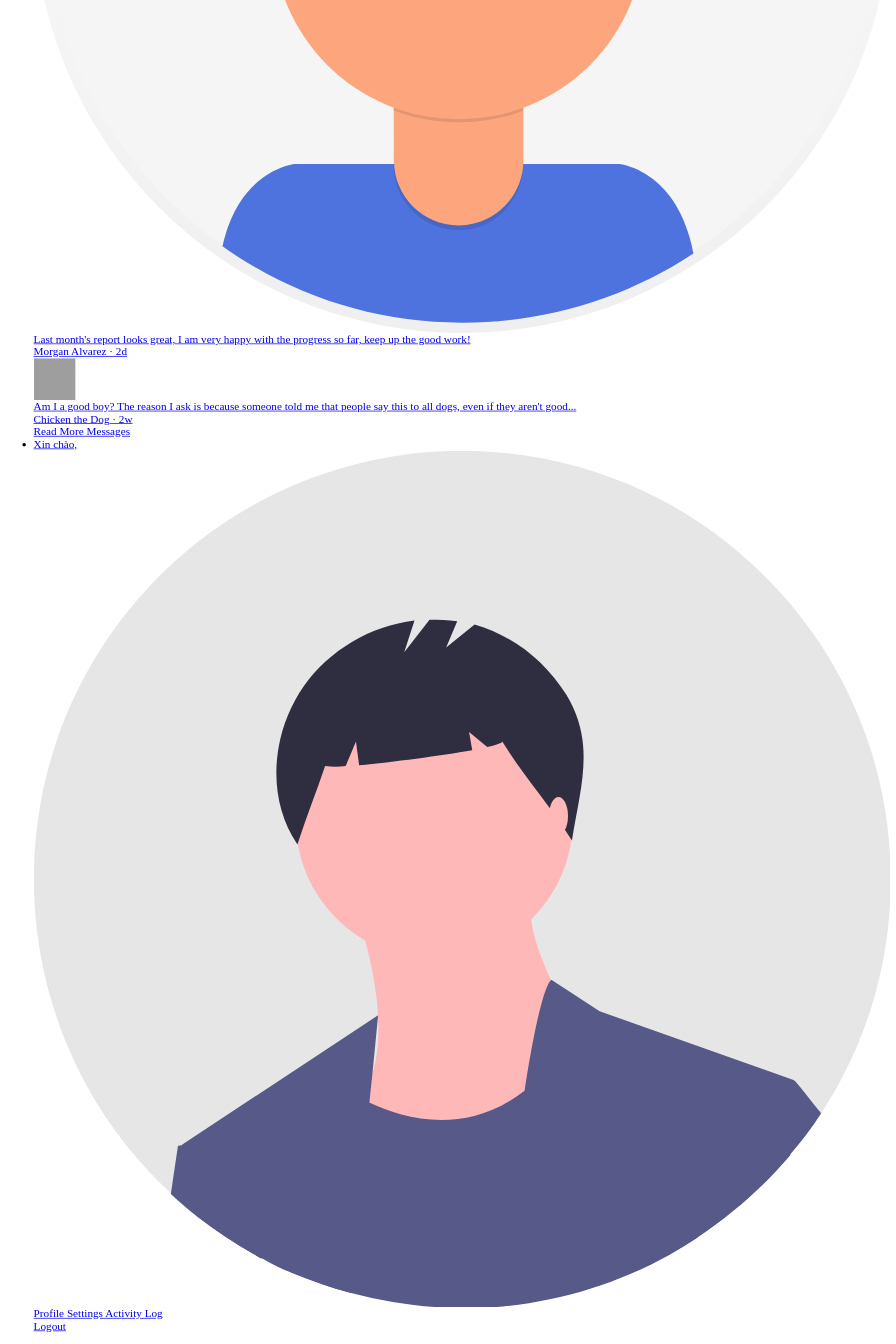
Repository: nhattieu/jsp-servlet-news-1
Page: http://localhost/training-jsp-servlet/common/admin/topbar.jsp
An editor plug-in stored every save of this project. The page is shown before and after the next save, followed by the edit.
The browser window is 1280 px wide. The pictures show the part of the page from y = 3654 to 5574 px (the page is 5574 px tall), at 70% of full size.
Pictures or frames that could not be fetched are drawn as grey boxes. The page is served by Tomcat 9. Nobody is signed in. The application's start-up code is not run. Other server files are loaded and not shown.

Above is the page before, as saved 2020-12-06 08:44:27.

### training-jsp-servlet/src/main/webapp/common/admin/topbar.jsp

<!-- Topbar -->
<nav
	class="navbar navbar-expand navbar-light bg-white topbar mb-4 static-top shadow">

	<!-- Sidebar Toggle (Topbar) -->
	<button id="sidebarToggleTop"
		class="btn btn-link d-md-none rounded-circle mr-3">
		<i class="fa fa-bars"></i>
	</button>

	<!-- Topbar Search -->
	<form
		class="d-none d-sm-inline-block form-inline mr-auto ml-md-3 my-2 my-md-0 mw-100 navbar-search">
		<div class="input-group">
			<input type="text" class="form-control bg-light border-0 small"
				placeholder="Search for..." aria-label="Search"
				aria-describedby="basic-addon2">
			<div class="input-group-append">
				<button class="btn btn-primary" type="button">
					<i class="fas fa-search fa-sm"></i>
				</button>
			</div>
		</div>
	</form>

	<!-- Topbar Navbar -->
	<ul class="navbar-nav ml-auto">

		<!-- Nav Item - Search Dropdown (Visible Only XS) -->
		<li class="nav-item dropdown no-arrow d-sm-none"><a
			class="nav-link dropdown-toggle" href="#" id="searchDropdown"
			role="button" data-toggle="dropdown" aria-haspopup="true"
			aria-expanded="false"> <i class="fas fa-search fa-fw"></i>
		</a> <!-- Dropdown - Messages -->
			<div
				class="dropdown-menu dropdown-menu-right p-3 shadow animated--grow-in"
				aria-labelledby="searchDropdown">
				<form class="form-inline mr-auto w-100 navbar-search">
					<div class="input-group">
						<input type="text" class="form-control bg-light border-0 small"
							placeholder="Search for..." aria-label="Search"
							aria-describedby="basic-addon2">
						<div class="input-group-append">
							<button class="btn btn-primary" type="button">
								<i class="fas fa-search fa-sm"></i>
							</button>
						</div>
					</div>
				</form>
			</div></li>

		<!-- Nav Item - Alerts -->
		<li class="nav-item dropdown no-arrow mx-1"><a
			class="nav-link dropdown-toggle" href="#" id="alertsDropdown"
			role="button" data-toggle="dropdown" aria-haspopup="true"
			aria-expanded="false"> <i class="fas fa-bell fa-fw"></i> <!-- Counter - Alerts -->
				<span class="badge badge-danger badge-counter">3+</span>
		</a> <!-- Dropdown - Alerts -->
			<div
				class="dropdown-list dropdown-menu dropdown-menu-right shadow animated--grow-in"
				aria-labelledby="alertsDropdown">
				<h6 class="dropdown-header">Alerts Center</h6>
				<a class="dropdown-item d-flex align-items-center" href="#">
					<div class="mr-3">
						<div class="icon-circle bg-primary">
							<i class="fas fa-file-alt text-white"></i>
						</div>
					</div>
					<div>
						<div class="small text-gray-500">December 12, 2019</div>
						<span class="font-weight-bold">A new monthly report is
							ready to download!</span>
					</div>
				</a> <a class="dropdown-item d-flex align-items-center" href="#">
					<div class="mr-3">
						<div class="icon-circle bg-success">
							<i class="fas fa-donate text-white"></i>
						</div>
					</div>
					<div>
						<div class="small text-gray-500">December 7, 2019</div>
						$290.29 has been deposited into your account!
					</div>
				</a> <a class="dropdown-item d-flex align-items-center" href="#">
					<div class="mr-3">
						<div class="icon-circle bg-warning">
							<i class="fas fa-exclamation-triangle text-white"></i>
						</div>
					</div>
					<div>
						<div class="small text-gray-500">December 2, 2019</div>
						Spending Alert: We've noticed unusually high spending for your
						account.
					</div>
				</a> <a class="dropdown-item text-center small text-gray-500" href="#">Show
					All Alerts</a>
			</div></li>

		<!-- Nav Item - Messages -->
		<li class="nav-item dropdown no-arrow mx-1"><a
			class="nav-link dropdown-toggle" href="#" id="messagesDropdown"
			role="button" data-toggle="dropdown" aria-haspopup="true"
			aria-expanded="false"> <i class="fas fa-envelope fa-fw"></i> <!-- Counter - Messages -->
				<span class="badge badge-danger badge-counter">7</span>
		</a> <!-- Dropdown - Messages -->
			<div
				class="dropdown-list dropdown-menu dropdown-menu-right shadow animated--grow-in"
				aria-labelledby="messagesDropdown">
				<h6 class="dropdown-header">Message Center</h6>
				<a class="dropdown-item d-flex align-items-center" href="#">
					<div class="dropdown-list-image mr-3">
						<img class="rounded-circle" src="template/admin/img/undraw_profile_1.svg" alt="">
						<div class="status-indicator bg-success"></div>
					</div>
					<div class="font-weight-bold">
						<div class="text-truncate">Hi there! I am wondering if you
							can help me with a problem I've been having.</div>
						<div class="small text-gray-500">Emily Fowler · 58m</div>
					</div>
				</a> <a class="dropdown-item d-flex align-items-center" href="#">
					<div class="dropdown-list-image mr-3">
						<img class="rounded-circle" src="template/admin/img/undraw_profile_2.svg" alt="">
						<div class="status-indicator"></div>
					</div>
					<div>
						<div class="text-truncate">I have the photos that you
							ordered last month, how would you like them sent to you?</div>
						<div class="small text-gray-500">Jae Chun · 1d</div>
					</div>
				</a> <a class="dropdown-item d-flex align-items-center" href="#">
					<div class="dropdown-list-image mr-3">
						<img class="rounded-circle" src="template/admin/img/undraw_profile_3.svg" alt="">
						<div class="status-indicator bg-warning"></div>
					</div>
					<div>
						<div class="text-truncate">Last month's report looks great,
							I am very happy with the progress so far, keep up the good work!</div>
						<div class="small text-gray-500">Morgan Alvarez · 2d</div>
					</div>
				</a> <a class="dropdown-item d-flex align-items-center" href="#">
					<div class="dropdown-list-image mr-3">
						<img class="rounded-circle"
							src="https://source.unsplash.com/Mv9hjnEUHR4/60x60" alt="">
						<div class="status-indicator bg-success"></div>
					</div>
					<div>
						<div class="text-truncate">Am I a good boy? The reason I ask
							is because someone told me that people say this to all dogs, even
							if they aren't good...</div>
						<div class="small text-gray-500">Chicken the Dog · 2w</div>
					</div>
				</a> <a class="dropdown-item text-center small text-gray-500" href="#">Read
					More Messages</a>
			</div></li>

		<div class="topbar-divider d-none d-sm-block"></div>

		<!-- Nav Item - User Information -->
		<li class="nav-item dropdown no-arrow"><a
			class="nav-link dropdown-toggle" href="#" id="userDropdown"
			role="button" data-toggle="dropdown" aria-haspopup="true"
			aria-expanded="false">
			<span
				class="mr-2 d-none d-lg-inline text-gray-600 small">Xin chào, ${USERMODEL.fullName}</span>
					<img class="img-profile rounded-circle"
				src="template/admin/img/undraw_profile.svg">
		</a> <!-- Dropdown - User Information -->
			<div
				class="dropdown-menu dropdown-menu-right shadow animated--grow-in"
				aria-labelledby="userDropdown">
				<a class="dropdown-item" href="#"> <i
					class="fas fa-user fa-sm fa-fw mr-2 text-gray-400"></i> Profile
				</a> <a class="dropdown-item" href="#"> <i
					class="fas fa-cogs fa-sm fa-fw mr-2 text-gray-400"></i> Settings
				</a> <a class="dropdown-item" href="#"> <i
					class="fas fa-list fa-sm fa-fw mr-2 text-gray-400"></i> Activity
					Log
				</a>
				<div class="dropdown-divider"></div>
				<a class="dropdown-item" href="#" data-toggle="modal"
					data-target="#logoutModal"> <i
					class="fas fa-sign-out-alt fa-sm fa-fw mr-2 text-gray-400"></i>
					Logout
				</a>
			</div></li>

	</ul>

</nav>
<!-- End of Topbar -->

### training-jsp-servlet/src/main/webapp/template/admin/img/undraw_profile_1.svg
<?xml version="1.0" encoding="utf-8"?>
<!-- Generator: Adobe Illustrator 25.0.0, SVG Export Plug-In . SVG Version: 6.00 Build 0)  -->
<svg version="1.1" id="_x38_8ce59e9-c4b8-4d1d-9d7a-ce0190159aa8"
	 xmlns="http://www.w3.org/2000/svg" xmlns:xlink="http://www.w3.org/1999/xlink" x="0px" y="0px" viewBox="0 0 231.8 231.8"
	 style="enable-background:new 0 0 231.8 231.8;" xml:space="preserve">
<style type="text/css">
	.st0{opacity:0.5;}
	.st1{fill:url(#SVGID_1_);}
	.st2{fill:#F5F5F5;}
	.st3{fill:#333333;}
	.st4{fill:#4E73DF;}
	.st5{opacity:0.1;enable-background:new    ;}
	.st6{fill:#BE7C5E;}
</style>
<g class="st0">

		<linearGradient id="SVGID_1_" gradientUnits="userSpaceOnUse" x1="115.89" y1="525.2" x2="115.89" y2="756.98" gradientTransform="matrix(1 0 0 -1 0 756.98)">
		<stop  offset="0" style="stop-color:#808080;stop-opacity:0.25"/>
		<stop  offset="0.54" style="stop-color:#808080;stop-opacity:0.12"/>
		<stop  offset="1" style="stop-color:#808080;stop-opacity:0.1"/>
	</linearGradient>
	<circle class="st1" cx="115.9" cy="115.9" r="115.9"/>
</g>
<circle class="st2" cx="115.9" cy="115.3" r="113.4"/>
<path class="st3" d="M71.6,116.3c0,0-12.9,63.4-19.9,59.8c0,0,67.7,58.5,127.5,0c0,0-10.5-44.6-25.7-59.8H71.6z"/>
<path class="st4" d="M116.2,229c22.2,0,43.9-6.5,62.4-18.7c-4.2-22.8-20.1-24.1-20.1-24.1H70.8c0,0-15,1.2-19.7,22.2
	C70.1,221.9,92.9,229.1,116.2,229z"/>
<circle class="st3" cx="115" cy="112.8" r="50.3"/>
<path class="st5" d="M97.3,158.4h35.1l0,0v28.1c0,9.7-7.8,17.5-17.5,17.5l0,0c-9.7,0-17.5-7.9-17.5-17.5L97.3,158.4L97.3,158.4z"/>
<path class="st6" d="M100.7,157.1h28.4c1.9,0,3.4,1.5,3.4,3.3v0v24.7c0,9.7-7.8,17.5-17.5,17.5l0,0c-9.7,0-17.5-7.9-17.5-17.5v0
	v-24.7C97.4,158.6,98.9,157.1,100.7,157.1z"/>
<path class="st5" d="M97.4,171.6c11.3,4.2,23.8,4.3,35.1,0.1v-4.3H97.4V171.6z"/>
<circle class="st6" cx="115" cy="123.7" r="50.3"/>
<path class="st3" d="M66.9,104.6h95.9c0,0-8.2-38.7-44.4-36.2S66.9,104.6,66.9,104.6z"/>
<ellipse class="st6" cx="65.8" cy="121.5" rx="4.7" ry="8.8"/>
<ellipse class="st6" cx="164" cy="121.5" rx="4.7" ry="8.8"/>
<path class="st5" d="M66.9,105.9h95.9c0,0-8.2-38.7-44.4-36.2S66.9,105.9,66.9,105.9z"/>
</svg>

### training-jsp-servlet/src/main/webapp/template/admin/img/undraw_profile_2.svg
<?xml version="1.0" encoding="utf-8"?>
<!-- Generator: Adobe Illustrator 25.0.0, SVG Export Plug-In . SVG Version: 6.00 Build 0)  -->
<svg version="1.1" id="_x38_8ce59e9-c4b8-4d1d-9d7a-ce0190159aa8"
	 xmlns="http://www.w3.org/2000/svg" xmlns:xlink="http://www.w3.org/1999/xlink" x="0px" y="0px" viewBox="0 0 231.8 231.8"
	 style="enable-background:new 0 0 231.8 231.8;" xml:space="preserve">
<style type="text/css">
	.st0{opacity:0.5;}
	.st1{fill:url(#SVGID_1_);}
	.st2{fill:#F5F5F5;}
	.st3{fill:#4E73DF;}
	.st4{fill:#72351C;}
	.st5{opacity:0.1;enable-background:new    ;}
	.st6{fill:#FDA57D;}
</style>
<g class="st0">

		<linearGradient id="SVGID_1_" gradientUnits="userSpaceOnUse" x1="115.89" y1="526.22" x2="115.89" y2="758" gradientTransform="matrix(1 0 0 -1 0 758)">
		<stop  offset="0" style="stop-color:#808080;stop-opacity:0.25"/>
		<stop  offset="0.54" style="stop-color:#808080;stop-opacity:0.12"/>
		<stop  offset="1" style="stop-color:#808080;stop-opacity:0.1"/>
	</linearGradient>
	<circle class="st1" cx="115.9" cy="115.9" r="115.9"/>
</g>
<circle class="st2" cx="116.1" cy="115.1" r="113.4"/>
<path class="st3" d="M116.2,229c22.2,0,43.9-6.5,62.4-18.7c-4.2-22.9-20.1-24.2-20.1-24.2H70.8c0,0-15,1.2-19.7,22.2
	C70.1,221.9,92.9,229.1,116.2,229z"/>
<circle class="st4" cx="115" cy="112.8" r="54.8"/>
<path class="st5" d="M97.3,158.4h35.1l0,0v28.1c0,9.7-7.8,17.6-17.5,17.6c0,0,0,0,0,0l0,0c-9.7,0-17.5-7.9-17.5-17.5L97.3,158.4
	L97.3,158.4z"/>
<path class="st6" d="M100.7,157.1h28.4c1.9,0,3.3,1.5,3.3,3.4v24.7c0,9.7-7.9,17.5-17.5,17.5l0,0c-9.7,0-17.5-7.9-17.5-17.5v-24.7
	C97.3,158.6,98.8,157.1,100.7,157.1L100.7,157.1z"/>
<path class="st5" d="M97.4,171.6c11.3,4.2,23.8,4.3,35.1,0.1v-4.3H97.4V171.6z"/>
<circle class="st6" cx="115" cy="123.7" r="50.3"/>
<path class="st5" d="M79.2,77.9c0,0,21.2,43,81,18l-13.9-21.8l-24.7-8.9L79.2,77.9z"/>
<path class="st4" d="M79.2,77.3c0,0,21.2,43,81,18l-13.9-21.8l-24.7-8.9L79.2,77.3z"/>
<path class="st4" d="M79,74.4c1.4-4.4,3.9-8.4,7.2-11.7c9.9-9.8,26.1-11.8,34.4-23c1.8,3.1,0.7,7.1-2.4,8.9
	c-0.2,0.1-0.4,0.2-0.6,0.3c8-0.1,17.2-0.8,21.7-7.3c2.3,5.3,1.3,11.4-2.5,15.7c7.1,0.3,14.6,5.1,15.1,12.2c0.3,4.7-2.6,9.1-6.5,11.9
	s-8.5,3.9-13.1,4.9C118.8,89.2,70.3,101.6,79,74.4z"/>
<path class="st4" d="M165.3,124.1H164L138,147.2c-25-11.7-43.3,0-43.3,0l-27.2-22.1l-2.7,0.3c0.8,27.8,23.9,49.6,51.7,48.9
	C143.6,173.5,165.3,151.3,165.3,124.1L165.3,124.1z M115,156.1c-9.8,0-17.7-2-17.7-4.4s7.9-4.4,17.7-4.4s17.7,2,17.7,4.4
	S124.7,156.1,115,156.1L115,156.1z"/>
<ellipse class="st6" cx="64.7" cy="123.6" rx="4.7" ry="8.8"/>
<ellipse class="st6" cx="165.3" cy="123.6" rx="4.7" ry="8.8"/>
</svg>

### training-jsp-servlet/src/main/webapp/template/admin/img/undraw_profile_3.svg
<?xml version="1.0" encoding="utf-8"?>
<!-- Generator: Adobe Illustrator 25.0.0, SVG Export Plug-In . SVG Version: 6.00 Build 0)  -->
<svg version="1.1" id="_x38_8ce59e9-c4b8-4d1d-9d7a-ce0190159aa8"
	 xmlns="http://www.w3.org/2000/svg" xmlns:xlink="http://www.w3.org/1999/xlink" x="0px" y="0px" viewBox="0 0 231.8 231.8"
	 style="enable-background:new 0 0 231.8 231.8;" xml:space="preserve">
<style type="text/css">
	.st0{opacity:0.5;}
	.st1{fill:url(#SVGID_1_);}
	.st2{fill:#F5F5F5;}
	.st3{fill:#4E73DF;}
	.st4{fill:#F55F44;}
	.st5{opacity:0.1;enable-background:new    ;}
	.st6{fill:#FDA57D;}
	.st7{fill:#333333;}
</style>
<g class="st0">

		<linearGradient id="SVGID_1_" gradientUnits="userSpaceOnUse" x1="115.89" y1="9.36" x2="115.89" y2="241.14" gradientTransform="matrix(1 0 0 -1 0 241.14)">
		<stop  offset="0" style="stop-color:#808080;stop-opacity:0.25"/>
		<stop  offset="0.54" style="stop-color:#808080;stop-opacity:0.12"/>
		<stop  offset="1" style="stop-color:#808080;stop-opacity:0.1"/>
	</linearGradient>
	<circle class="st1" cx="115.9" cy="115.9" r="115.9"/>
</g>
<circle class="st2" cx="116.1" cy="115.1" r="113.4"/>
<path class="st3" d="M116.2,229c22.2,0,43.8-6.5,62.3-18.7c-4.2-22.8-20.1-24.2-20.1-24.2H70.8c0,0-15,1.2-19.7,22.2
	C70.1,221.9,92.9,229.1,116.2,229z"/>
<circle class="st4" cx="115" cy="112.8" r="54.8"/>
<path class="st5" d="M97.3,158.4h35.1l0,0v28.1c0,9.7-7.9,17.5-17.5,17.5l0,0l0,0c-9.7,0-17.5-7.9-17.5-17.5l0,0L97.3,158.4
	L97.3,158.4z"/>
<path class="st6" d="M100.7,157.1h28.4c1.9,0,3.4,1.5,3.4,3.4l0,0v24.7c0,9.7-7.9,17.5-17.5,17.5l0,0l0,0c-9.7,0-17.5-7.9-17.5-17.5
	l0,0v-24.7C97.4,158.6,98.8,157.1,100.7,157.1L100.7,157.1L100.7,157.1z"/>
<path class="st5" d="M97.4,171.6c11.3,4.2,23.8,4.3,35.1,0.1v-4.3H97.4V171.6z"/>
<circle class="st6" cx="115" cy="123.7" r="50.3"/>
<circle class="st4" cx="114.9" cy="57.1" r="20.2"/>
<circle class="st4" cx="114.9" cy="37.1" r="13.3"/>
<path class="st4" d="M106.2,68.2c-9.9-4.4-14.5-15.8-10.5-25.9c-0.1,0.3-0.3,0.6-0.4,0.9c-4.6,10.2,0,22.2,10.2,26.8
	s22.2,0,26.8-10.2c0.1-0.3,0.2-0.6,0.4-0.9C127.6,68.5,116,72.6,106.2,68.2z"/>
<path class="st5" d="M79.2,77.9c0,0,21.2,43,81,18l-13.9-21.8l-24.7-8.9L79.2,77.9z"/>
<path class="st4" d="M79.2,77.3c0,0,21.2,43,81,18l-13.9-21.8l-24.7-8.9L79.2,77.3z"/>
<path class="st7" d="M95.5,61.6c13-1,26.1-1,39.2,0C134.7,61.6,105.8,64.3,95.5,61.6z"/>
<path class="st4" d="M118,23c-1,0-2,0-3,0.2h0.8c7.3,0.2,13.1,6.4,12.8,13.7c-0.2,6.2-4.7,11.5-10.8,12.6
	c7.3,0.1,13.3-5.8,13.4-13.2C131.2,29.1,125.3,23.1,118,23L118,23z"/>
<ellipse class="st6" cx="64.7" cy="123.6" rx="4.7" ry="8.8"/>
<ellipse class="st6" cx="165.3" cy="123.6" rx="4.7" ry="8.8"/>
<polygon class="st4" points="76,78.6 85.8,73.5 88,81.6 82,85.7 "/>
</svg>

### training-jsp-servlet/src/main/webapp/template/admin/img/undraw_profile.svg
<?xml version="1.0" encoding="utf-8"?>
<!-- Generator: Adobe Illustrator 25.0.0, SVG Export Plug-In . SVG Version: 6.00 Build 0)  -->
<svg version="1.1" id="Layer_1" xmlns="http://www.w3.org/2000/svg" xmlns:xlink="http://www.w3.org/1999/xlink" x="0px" y="0px"
	 viewBox="0 0 108.3 108.3" style="enable-background:new 0 0 108.3 108.3;" xml:space="preserve">
<style type="text/css">
	.st0{fill:#E6E6E6;}
	.st1{fill:#FFB8B8;}
	.st2{fill:#575A89;}
	.st3{fill:#2F2E41;}
</style>
<g id="Group_45" transform="translate(-191 -152.079)">
	<g id="Group_30" transform="translate(282.246 224.353)">
		<path id="Path_944" class="st0" d="M17.1-18.1c0,10.5-3,20.8-8.8,29.6c-1.2,1.9-2.5,3.6-4,5.3c-3.4,4-7.3,7.4-11.6,10.3
			c-1.2,0.8-2.4,1.5-3.6,2.2c-6.5,3.6-13.7,5.8-21,6.5c-1.7,0.2-3.4,0.2-5.1,0.2c-4.7,0-9.4-0.6-14-1.8c-2.6-0.7-5.1-1.6-7.6-2.6
			c-1.3-0.5-2.5-1.1-3.7-1.8c-2.9-1.5-5.6-3.3-8.2-5.3c-1.2-0.9-2.3-1.9-3.4-2.9C-95.8,1.3-97.1-33-76.8-54.9s54.6-23.3,76.5-2.9
			C10.8-47.6,17.1-33.2,17.1-18.1L17.1-18.1z"/>
		<path id="Path_945" class="st1" d="M-50.2-13.2c0,0,4.9,13.7,1.1,21.4s6,16.4,6,16.4s25.8-13.1,22.5-19.7s-8.8-15.3-7.7-20.8
			L-50.2-13.2z"/>
		<ellipse id="Ellipse_185" class="st1" cx="-40.6" cy="-25.5" rx="17.5" ry="17.5"/>
		<path id="Path_946" class="st2" d="M-51.1,34.2c-2.6-0.7-5.1-1.6-7.6-2.6l0.5-13.3l4.9-11c1.1,0.9,2.3,1.6,3.5,2.3
			c0.3,0.2,0.6,0.3,0.9,0.5c4.6,2.2,12.2,4.2,19.5-1.3c2.7-2.1,5-4.7,6.7-7.6L-8.8,9l0.7,8.4l0.8,9.8c-1.2,0.8-2.4,1.5-3.6,2.2
			c-6.5,3.6-13.7,5.8-21,6.5c-1.7,0.2-3.4,0.2-5.1,0.2C-41.8,36.1-46.5,35.4-51.1,34.2z"/>
		<path id="Path_947" class="st2" d="M-47.7-0.9L-47.7-0.9l-0.7,7.2l-0.4,3.8l-0.5,5.6l-1.8,18.5c-2.6-0.7-5.1-1.6-7.6-2.6
			c-1.3-0.5-2.5-1.1-3.7-1.8c-2.9-1.5-5.6-3.3-8.2-5.3l-1.9-9l0.1-0.1L-47.7-0.9z"/>
		<path id="Path_948" class="st2" d="M-10.9,29.3c-6.5,3.6-13.7,5.8-21,6.5c0.4-6.7,1-13.1,1.6-18.8c0.3-2.9,0.7-5.7,1.1-8.2
			c1.2-8,2.5-13.5,3.4-14.2l6.1,4L4.9,7.3l-0.5,9.5c-3.4,4-7.3,7.4-11.6,10.3C-8.5,27.9-9.7,28.7-10.9,29.3z"/>
		<path id="Path_949" class="st2" d="M-70.5,24.6c-1.2-0.9-2.3-1.9-3.4-2.9l0.9-6.1l0.7-0.1l3.1-0.4l6.8,14.8
			C-65.2,28.3-67.9,26.6-70.5,24.6L-70.5,24.6z"/>
		<path id="Path_950" class="st2" d="M8.3,11.5c-1.2,1.9-2.5,3.6-4,5.3c-3.4,4-7.3,7.4-11.6,10.3c-1.2,0.8-2.4,1.5-3.6,2.2l-0.6-2.8
			l3.5-9.1l4.2-11.1l8.8,1.1C6.1,8.7,7.2,10.1,8.3,11.5z"/>
		<path id="Path_951" class="st3" d="M-23.9-41.4c-2.7-4.3-6.8-7.5-11.6-8.9l-3.6,2.9l1.4-3.3c-1.2-0.2-2.3-0.2-3.5-0.2l-3.2,4.1
			l1.3-4c-5.6,0.7-10.7,3.7-14,8.3c-4.1,5.9-4.8,14.1-0.8,20c1.1-3.4,2.4-6.6,3.5-9.9c0.9,0.1,1.7,0.1,2.6,0l1.3-3.1l0.4,3
			c4.2-0.4,10.3-1.2,14.3-1.9l-0.4-2.3l2.3,1.9c1.2-0.3,1.9-0.5,1.9-0.7c2.9,4.7,5.8,7.7,8.8,12.5C-22.1-29.8-20.2-35.3-23.9-41.4z"
			/>
		<ellipse id="Ellipse_186" class="st1" cx="-24.9" cy="-26.1" rx="1.2" ry="2.4"/>
	</g>
</g>
</svg>

After the next save:
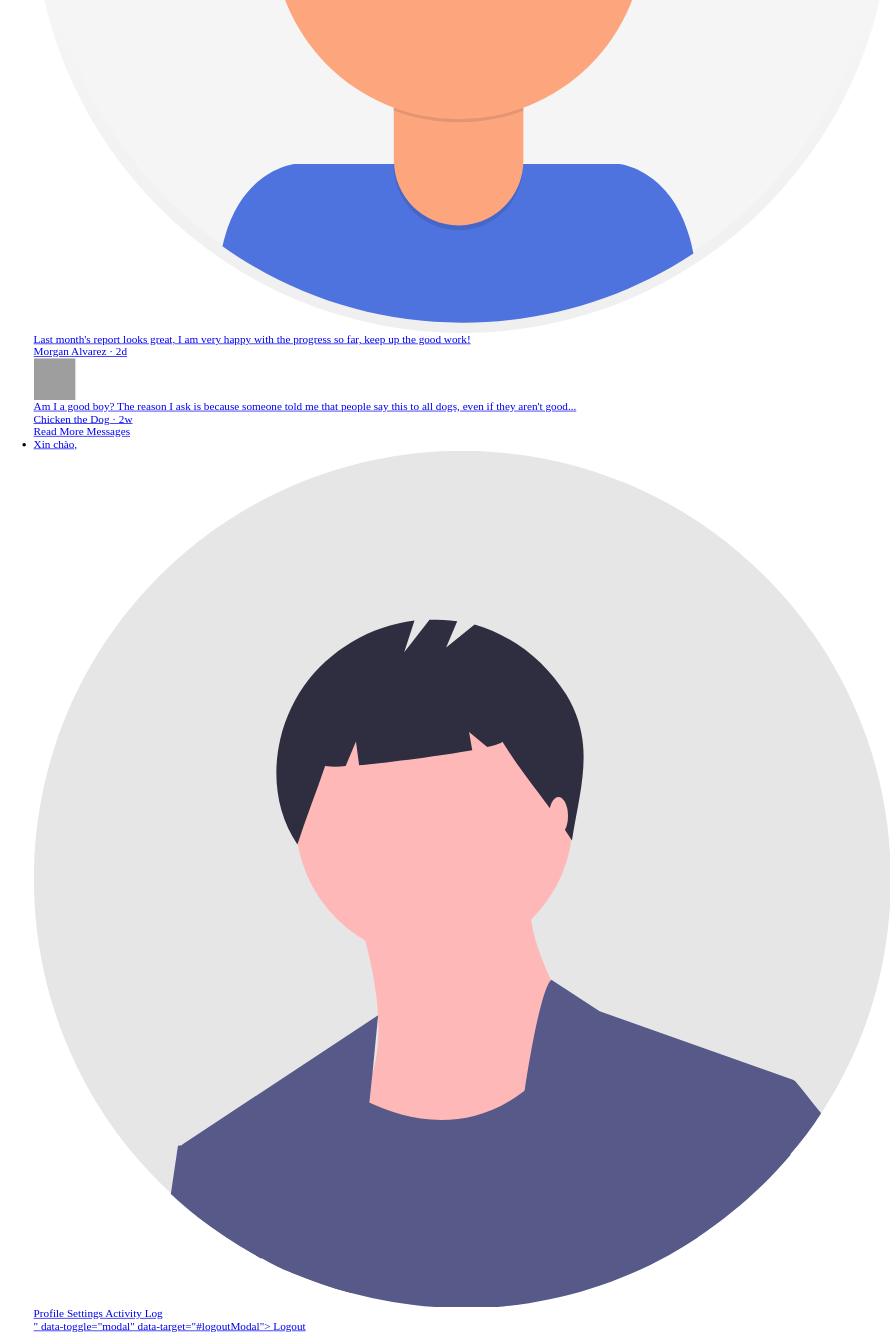
Saved 66 s later.
--- a/training-jsp-servlet/src/main/webapp/common/admin/topbar.jsp
+++ b/training-jsp-servlet/src/main/webapp/common/admin/topbar.jsp
@@ -178,7 +178,7 @@
 					Log
 				</a>
 				<div class="dropdown-divider"></div>
-				<a class="dropdown-item" href="#" data-toggle="modal"
+				<a class="dropdown-item" href="<c:url value="/dang-xuat?action=logout" />" data-toggle="modal"
 					data-target="#logoutModal"> <i
 					class="fas fa-sign-out-alt fa-sm fa-fw mr-2 text-gray-400"></i>
 					Logout
